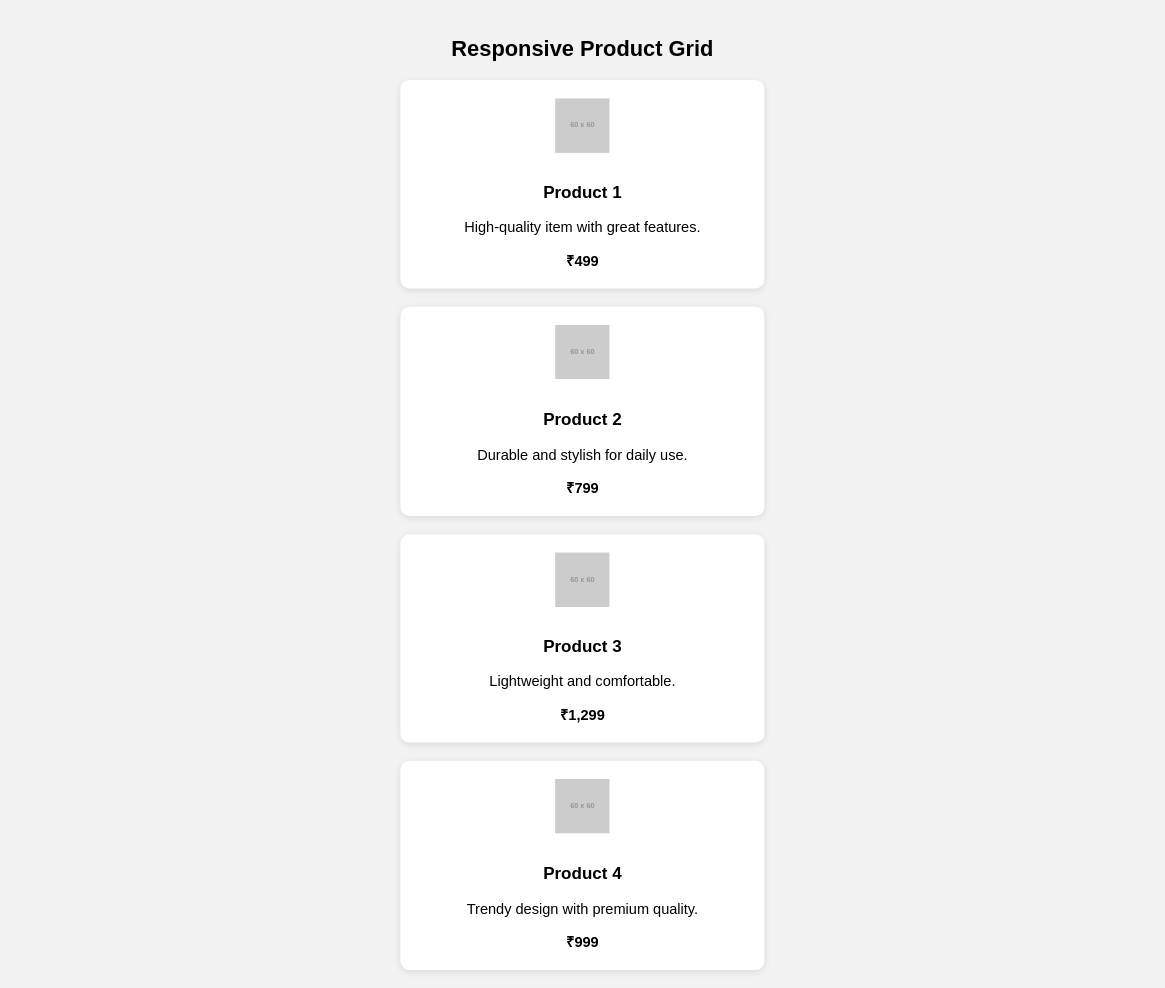
Repository: Glory998/ELCE1-32
Page: experiment9(i).html
An editor plug-in stored every save of this project. The page is shown before and after the next save, followed by the edit.
The browser window is 1280 px wide. The pictures show the whole page, at 91% of full size.

Above is the page before, as saved 2025-12-26 00:51:03.

After the next save:
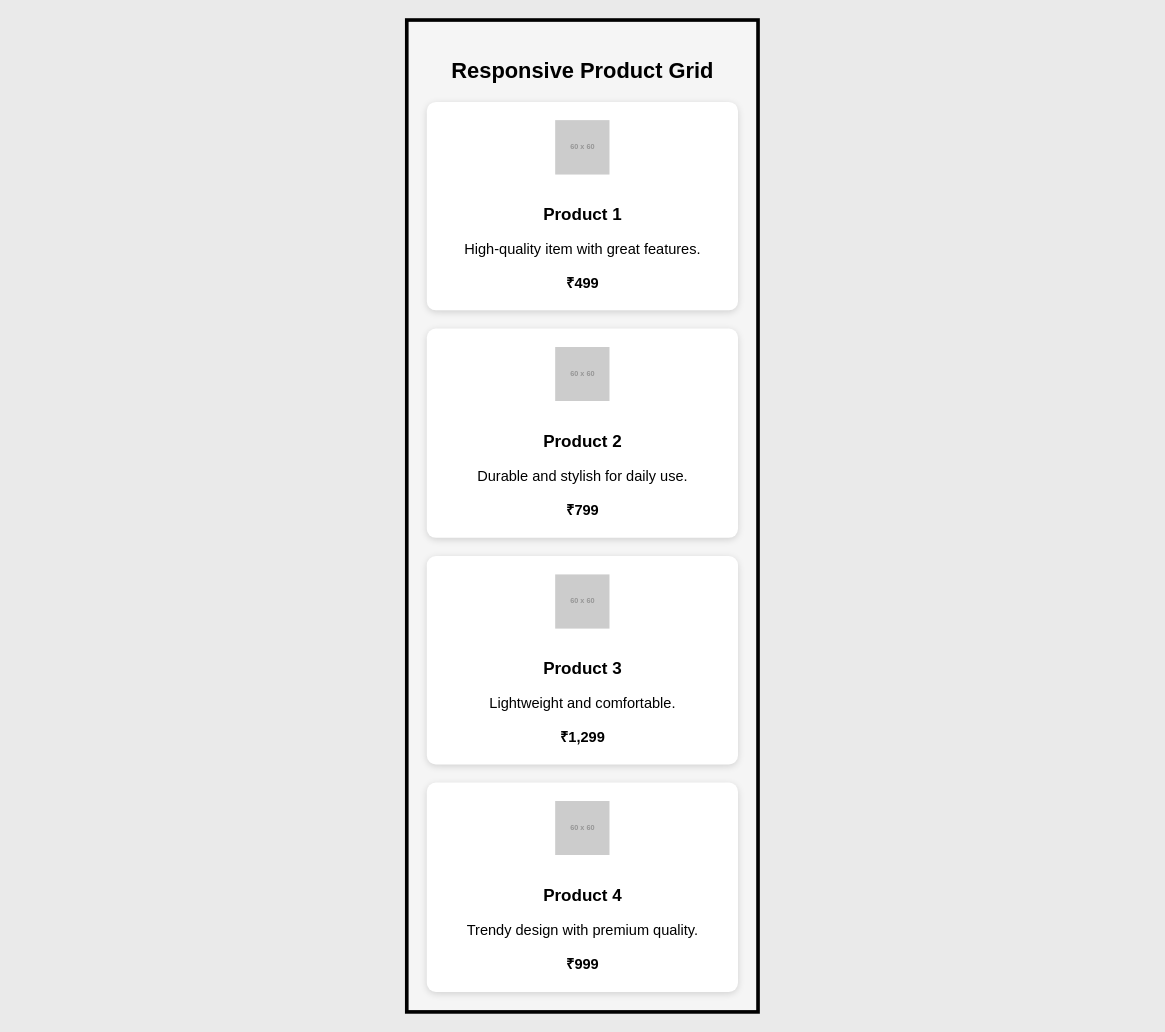
Saved 3 min 39 s later.
--- a/experiment9(i).html
+++ b/experiment9(i).html
@@ -1,51 +1,63 @@
 <!DOCTYPE html>
 <html lang="en">
 <head>
-  <meta charset="UTF-8">
-  <title>Responsive Product Grid</title>
-  <style>
-    body {
-      font-family: Arial, sans-serif;
-      background: #f2f2f2;
-      margin: 0;
-      padding: 20px;
-    }
+<meta charset="UTF-8">
+<title>Responsive Product Grid</title>
 
-    h2 {
-      text-align: center;
-      margin-bottom: 20px;
-    }
+<style>
+body{
+  margin:0;
+  padding:0;
+  background:#eaeaea;
+  font-family: Arial, sans-serif;
+}
 
 
-    .product-grid {
-      display: grid;
-      grid-template-columns: 1fr;
-      gap: 20px;
-      max-width: 400px;
-      margin: auto;
-    }
+.mobile-box{
+  width: 390px;
+  min-height: 100vh;
+  margin: 20px auto;
+  border: 4px solid black;
+  background:#f5f5f5;
+  padding: 20px;
+  box-sizing: border-box;
+}
 
-    .product-card {
-      background: white;
-      padding: 20px;
-      border-radius: 10px;
-      text-align: center;
-      box-shadow: 0 2px 8px rgba(0,0,0,0.1);
-    }
+h2{
+  text-align:center;
+  margin-bottom:20px;
+}
 
-    .product-card img {
-      width: 60px;
-      margin-bottom: 10px;
-    }
 
-    .price {
-      font-weight: bold;
-      margin-top: 10px;
-    }
-  </style>
+.product-grid{
+  display:grid;
+  grid-template-columns: 1fr;
+  gap:20px;
+}
+
+.product-card{
+  background:#fff;
+  padding:20px;
+  border-radius:10px;
+  text-align:center;
+  box-shadow:0 2px 8px rgba(0,0,0,0.15);
+}
+
+.product-card img{
+  width:60px;
+  margin-bottom:10px;
+}
+
+.price{
+  font-weight:bold;
+  margin-top:10px;
+}
+</style>
 </head>
+
 <body>
 
+<div class="mobile-box">
   <h2>Responsive Product Grid</h2>
 
   <div class="product-grid">
@@ -77,6 +89,7 @@
       <div class="price">₹999</div>
     </div>
   </div>
+</div>
 
 </body>
 </html>
